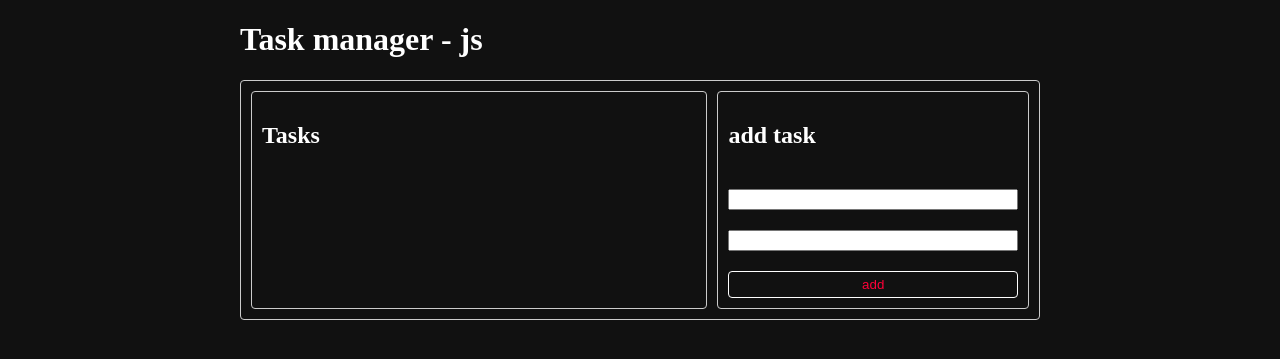
Repository: iKrekus/taskmgr-js
Page: index.html
These files come from the project's save history. The page is drawn as it stood at one moment and after the next save; the edit follows.
The browser window is 1280 px wide. The pictures show the whole page.
The pointer rests on the first visible `.btn__add`.

Above is the page before, as saved 2024-03-15 16:46:09.

### index.html
<!DOCTYPE html>
<html>
<head>
  <meta charset='utf-8'>
  <meta http-equiv='X-UA-Compatible' content='IE=edge'>
  <title>Task manager - js</title>
  <meta name='viewport' content='width=device-width, initial-scale=1'>
  <link rel='stylesheet' type='text/css' media='screen' href='style.css'>
</head>
<body>
<main class="task-mgr">
  <h1>Task manager - js</h1>
  <div class="task-mgr__container container">
    <div class="task-mgr__tasks-box container">
      <h2>Tasks</h2>
      <ul class="task-mgr__list">
      </ul>
    </div>
    <div class="task-mgr__add-task container">
      <h2>add task</h2>
      <label for="title">
        <input type="text" name="title" id="task-title" class="task-mgr__field">
      </label>
      <label for="description">
        <input type="text" name="description" id="task-description" class="task-mgr__field">
      </label>
      <button type="button" class="btn btn__add" id="btn-add">add</button>
    </div>
  </div>
</main>
<template id="task-tmpl">
  <li>
  <p class="task-title"></p>
  <p class="task-description"></p>
  <button type="button" class="btn btn__remove"></button>
  </li>
</template>
<script src='app.js'></script>
</body>
</html>

### style.css
body {
  background-color: #111111;
  color: #ffffff;
}

.task-mgr {
  max-width: 800px;
  margin: 0 auto;
}

.task-mgr__list {
  list-style-type: none;
  padding: 0;
}

.task-mgr__list li {
  box-shadow: 0 0 10px -5px #ffffff;
  border-radius: 4px;
  padding: 4px 6px;
  position: relative;
  margin-bottom: 16px;
  transition: all .4s ease-in-out;
}

.task-mgr__list p{
  margin: 0;
}

.task-mgr__container {
  display: flex;
  gap: 10px;
}

.task-mgr__tasks-box {
  width: 60%;
}

.task-mgr__add-task {
  width: 40%;
  display: flex;
  flex-direction: column;
  gap: 20px;

}

.task-mgr__add-task label {
  display: flex;
  flex-direction: row;
}


.task-mgr__field {
  width: 100%;
  padding: 1px 5px;
}

.task-mgr-btn {
  width: 100%;
}

.container {
  border: 1px solid #cccccc;
  border-radius: 4px;
  padding: 10px;
}

.task-title {
  font-size: 1.2em;
  color: #ff0037;
  background-color: #222222;
  padding: 0 5px;
  border-radius: 4px 4px 0 0;
}

.task-description {
  background-color: #444444;
  padding: 0 5px;
  border-radius: 0 0 4px 4px;
}

.btn {
  background: none;
  border: 1px solid #ffffff;
  padding: 5px 10px;
  border-radius: 4px;
  color: #ffffff;
}

.btn:hover,
.btn:focus {
  cursor: pointer;
}

.btn__add:hover {
  color: #ff0037;
}

.btn__remove {
  position: absolute;
  content: "";
  top: -8px;
  right: -6px;
  width: 16px;
  height: 16px;
  padding: 0;
}


.btn__remove::before {
  position: absolute;
  left: 50%;
  top: 50%;
  transform: translate(-50%, -50%) rotate(-45deg);
  content: "";
  height: 1px;
  width: 10px;
  background-color: #ffffff;
}

.btn__remove::after {
  position: absolute;
  left: 50%;
  top: 50%;
  transform: translate(-50%, -50%) rotate(45deg);
  content: "";
  height: 1px;
  width: 10px;
  background-color: #ffffff;
}

.btn__remove:hover::before {
  transform: translate(-50%, -50%) rotate(180deg);
  transition: all .3s ease-in-out;
}


.btn__remove:hover::after {
  transform: translate(-50%, -50%) rotate(180deg);
  transition: all .3s ease-in-out;
}

.task-mgr__list li:has(.btn__remove:hover) {
  transform: translateY(-5px);
  transition: all .4s ease-in-out;
}

### app.js
const taskTitleField = document.querySelector('#task-title');
const taskDescriptionField = document.querySelector('#task-description');
const buttonAdd = document.querySelector('#btn-add');
const taskTitle = document.querySelector('.task-mgr__list');
const taskTemplate = document.querySelector('#task-tmpl').content;

buttonAdd.addEventListener('click', function () {
  if (taskTitleField.value && taskDescriptionField.value) {
  createTask(taskTitleField.value, taskDescriptionField.value);
  clear();
  }

})

function clear(){
  taskTitleField.value='';
  taskDescriptionField.value='';
};

function createTask (name, description) {
  const task = taskTemplate.cloneNode(true);
  task.querySelector('.task-title').textContent = name;
  task.querySelector('.task-description').textContent = description;
  task.querySelector('.btn__remove').addEventListener('click', function(){
    this.closest('LI').remove();
  });
  renderTask(task)
}

function renderTask (task) {
  const taskElement = document.createDocumentFragment();
  taskElement.append(task);
  taskTitle.append(taskElement);
}

After the next save:
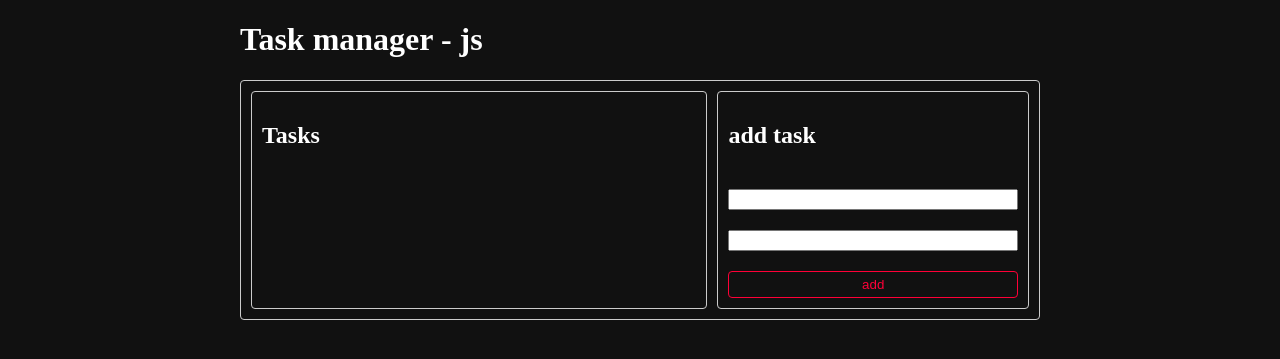
Saved 55 s later.
--- a/style.css
+++ b/style.css
@@ -93,6 +93,8 @@ body {
 
 .btn__add:hover {
   color: #ff0037;
+  border-color: #ff0037;
+  transition: all .3s ease-in-out;
 }
 
 .btn__remove {
